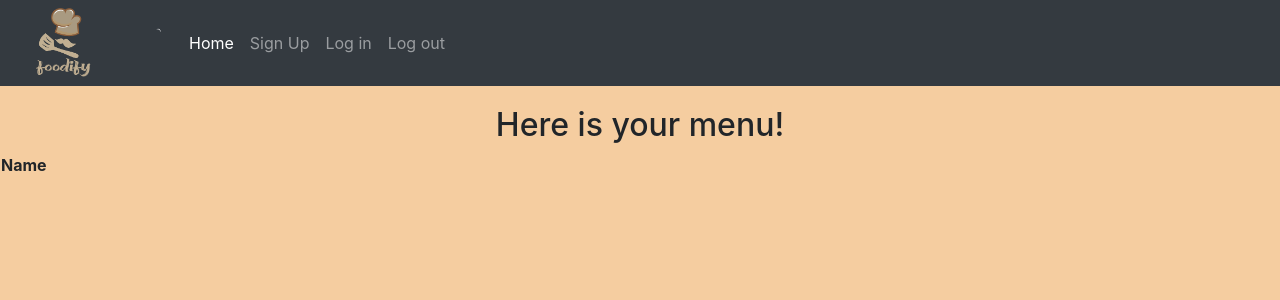
Repository: RanaHisham18/Foodify-Web-App
Page: Project IA raghda/usermenu.html
An editor plug-in stored every save of this project. The page is shown before and after a run of saves, followed by the edit.
The browser window is 1280 px wide. The pictures show the whole page.

Above is the page before, as saved 2022-01-06 18:22:25.

After the next 2 saves:
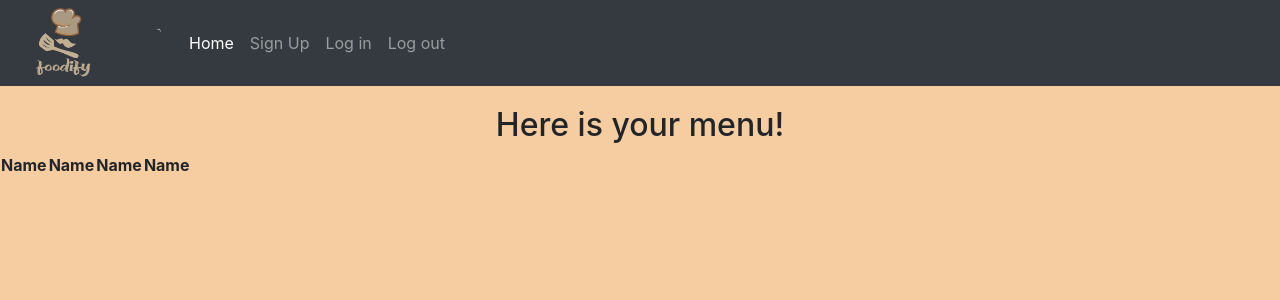
The 2 saves are shown as one change because they came seconds apart.
The last was saved 10 s later.
--- a/Project IA raghda/usermenu.html
+++ b/Project IA raghda/usermenu.html
@@ -44,6 +44,9 @@
    <table>
 <tr>
     <th>Name</th>
+    <th>Name</th>
+    <th>Name</th>
+    <th>Name</th>
 </tr>
 
    </table>
